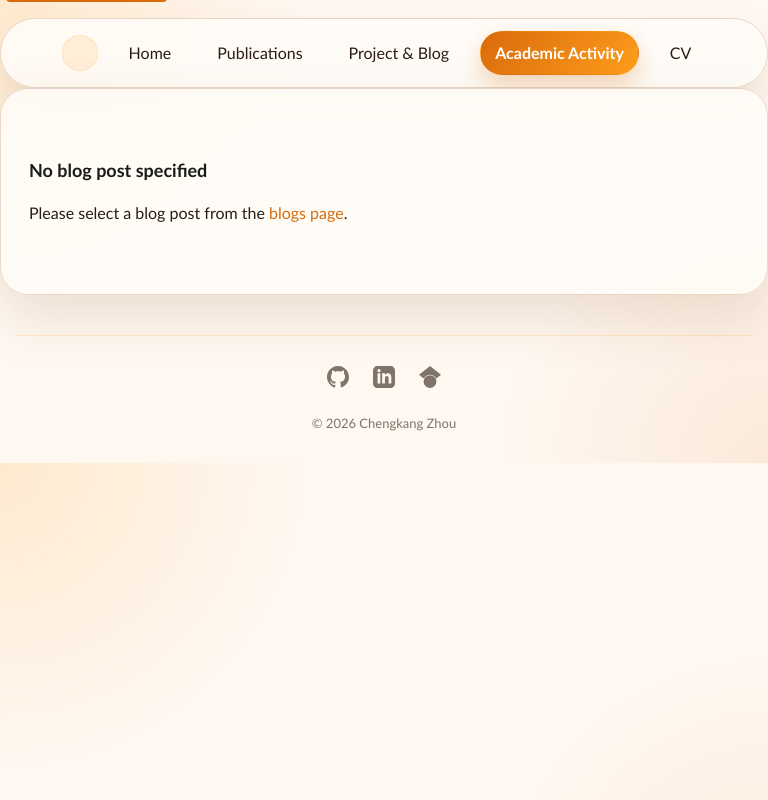
Repository: argyibug/zhouchk
Page: blog-post.html
An editor plug-in stored every save of this project. The page is shown before and after the next save, followed by the edit.
The browser window is 768 px wide. The pictures show the whole page.

Above is the page before, as saved 2026-06-02 09:48:20.

### blog-post.html
<!DOCTYPE HTML>
<html lang="en">

<head>
  <meta http-equiv="Content-Type" content="text/html; charset=UTF-8">
  <title>Blog Post - Chengkang Zhou</title>
  <meta name="author" content="Chengkang Zhou">
  <meta name="viewport" content="width=device-width, initial-scale=1">
  <meta name="description" content="Blog post by Chengkang Zhou.">
  <meta name="robots" content="index, follow">

  <meta property="og:title" content="Blog Post - Chengkang Zhou">
  <meta property="og:description" content="Blog post by Chengkang Zhou.">
  <meta property="og:image" content="https://argyibug.github.io/zhouchk/figures/me.jpg">
  <meta property="og:type" content="article">

  <meta name="twitter:card" content="summary">
  <meta name="twitter:title" content="Blog Post - Chengkang Zhou">
  <meta name="twitter:description" content="Blog post by Chengkang Zhou.">
  <meta name="twitter:image" content="https://argyibug.github.io/zhouchk/figures/me.jpg">

  <link rel="stylesheet" type="text/css" href="stylesheet.css">
  <link rel="stylesheet" type="text/css" href="shared-styles.css">
  <link rel="stylesheet" type="text/css" href="blog-styles.css">
  <link rel="icon" type="image/png" href="figures/logo.png">

  <style>
    .loading, .error {
      text-align: left;
      padding: 20px 0;
      color: #6b7280;
    }

    .error h2 {
      color: #1a1a1a;
      font-size: 18px;
      margin-bottom: 8px;
    }

    [data-theme="dark"] .error h2 { color: var(--text-color); }

    .post-content pre code {
      background: none;
      padding: 0;
    }

  </style>
</head>

<body>
  <div id="site-nav"></div>

  <main id="main-content" class="main-content-wrapper page-shell">
    <div class="post-container">
      <div id="post-content">
        <div class="loading">Loading blog post...</div>
      </div>
    </div>
  </main>

  <div id="site-footer"></div>

  <!-- Load JavaScript files -->
  <script src="site-shell.js"></script>
  <script src="utils.js"></script>
  <script src="vendor/marked.umd.js"></script>
  <script src="blog-data.js"></script>
  <script src="blog-manager.js"></script>
  <script>
    // Initialize blog post page when it loads
    document.addEventListener('DOMContentLoaded', async function() {
      try {
        // Get post ID from URL parameters
        const urlParams = new URLSearchParams(window.location.search);
        const postId = urlParams.get('id');

        if (!postId) {
          showError('No blog post specified', 'Please select a blog post from the <a href="blogs.html">blogs page</a>.');
          return;
        }

        // Load blog posts and find the requested post
        await blogManager.loadPosts();
        const post = blogManager.posts.find(p => p.id === postId);

        if (!post) {
          showError('Blog post not found', `The blog post "${postId}" could not be found. <a href="blogs.html">Return to blogs</a>.`);
          return;
        }

        // Render the post
        renderBlogPost(post);

        // Update page title
        document.title = `${post.title} - Chengkang Zhou`;

        // Update meta description
        const metaDesc = document.querySelector('meta[name="description"]');
        if (metaDesc) {
          metaDesc.content = post.excerpt;
        }

      } catch (error) {
        console.error('Error loading blog post:', error);
        showError('Error loading blog post', 'There was an error loading the blog post. <a href="blogs.html">Return to blogs</a>.');
      }

      // Initialize dark mode toggle (uses utils.js with sun/moon icons)
      initializeDarkMode();

      // Initialize back to top button
      initializeBackToTop();
    });

    /**
     * Render a blog post
     */
    function renderBlogPost(post) {
      const formattedDate = blogManager.formatDate(post.date);
      const tags = Array.isArray(post.tags) ?
        post.tags.map(tag => `<span class="tag">${tag}</span>`).join('') : '';

      const postHtml = `
        <a href="blogs.html" class="back-link">← Back to Blogs</a>
        <header class="post-header">
          <h1 class="post-title">${post.title}</h1>
          <div class="post-meta">
            <span>${formattedDate}</span>
            <span>by ${post.author}</span>
            <span>${post.readTime} min read</span>
          </div>
          ${tags ? `<div class="post-tags">${tags}</div>` : ''}
        </header>
        <div class="post-content">
          ${post.htmlContent || '<p>Content not available.</p>'}
        </div>
      `;

      document.getElementById('post-content').innerHTML = postHtml;
    }

    /**
     * Show error message
     */
    function showError(title, message) {
      const errorHtml = `
        <div class="error">
          <h2>${title}</h2>
          <p>${message}</p>
        </div>
      `;
      document.getElementById('post-content').innerHTML = errorHtml;
    }

    // Dark mode functions are loaded from utils.js
  </script>
</body>

</html>

### shared-styles.css
/**
 * Shared Styles for All Pages
 * Contains navigation, layout, and common component styles
 */

/* Navigation Styles */
.page-shell {
  max-width: 820px;
  margin: 0 auto;
  padding: 32px 24px 48px;
  background: var(--surface-bg);
  border: 1px solid var(--border-color);
  border-radius: 28px;
  box-shadow: 0 22px 56px var(--shadow-color);
  backdrop-filter: blur(10px);
}

.page-shell-footer {
  max-width: 820px;
  margin: 0 auto;
  padding: 0 24px;
}

.page-shell-footer-wide {
  max-width: 1200px;
  padding: 0 20px;
}

.nav-buttons {
  display: flex;
  justify-content: flex-end;
  align-items: center;
  gap: 18px;
  padding: 20px 35px;
  flex-wrap: wrap;
  margin: 18px auto 0;
  max-width: 1120px;
  border: 1px solid var(--border-color);
  border-radius: 999px;
  background: rgba(255, 253, 249, 0.82);
  box-shadow: 0 14px 32px rgba(122, 66, 11, 0.10);
  backdrop-filter: blur(10px);
}

.nav-button {
  display: inline-block;
  padding: 8px 16px;
  background-color: transparent;
  color: var(--text-color);
  font-weight: 500;
  font-size: 14px;
  transition: all 0.25s ease;
  text-align: center;
  border: 1px solid transparent;
  border-radius: 999px;
}

.nav-button:hover {
  color: var(--primary-color);
  background-color: var(--hover-bg);
  border-color: rgba(255, 159, 28, 0.24);
  transform: translateY(-1px);
}

/* Theme Toggle Button - Sun/Moon Icons */
.theme-toggle {
  background: var(--hover-bg);
  border: 1px solid rgba(255, 159, 28, 0.18);
  border-radius: 999px;
  width: 36px;
  height: 36px;
  cursor: pointer;
  display: flex;
  align-items: center;
  justify-content: center;
  transition: all 0.2s ease;
  color: var(--primary-color);
  padding: 6px;
}

.theme-toggle:hover {
  background-color: rgba(255, 159, 28, 0.18);
  color: var(--secondary-color);
  transform: translateY(-1px);
}

.theme-toggle:focus {
  outline: 2px solid var(--primary-color);
  outline-offset: 2px;
}

.theme-toggle svg {
  width: 20px;
  height: 20px;
}

/* Navigation Active State */
.nav-button[aria-current="page"] {
  color: #ffffff;
  font-weight: 600;
  background: linear-gradient(135deg, var(--primary-color), var(--secondary-color));
  border-color: transparent;
  box-shadow: 0 10px 24px rgba(217, 106, 11, 0.28);
}

/* Main Content Layout - Only applies to pages without specific overrides */

/* List Spacing */
.section-spacing ul,
.section-spacing ul.publication-list,
td ul {
  margin-top: 0px !important;
  margin-bottom: 0px !important;
}

.section-spacing li,
.section-spacing ul li,
td li,
td ul li,
li {
  margin-bottom: 8px !important;
  margin-top: 0px !important;
  padding-bottom: 0px !important;
  padding-top: 0px !important;
}

.publication-list li,
ul.publication-list li {
  margin-bottom: 12px !important;
  margin-top: 0px !important;
  padding-bottom: 0px !important;
  padding-top: 0px !important;
}

li p {
  margin: 0px !important;
  padding: 0px !important;
}

/* Publication Styles - Consistent indentation */
.publication-list {
  list-style-type: none !important;
  padding-left: 0 !important;
  margin: 0 0 20px 0 !important;
}

/* Ensure all lists have consistent indentation */
ul, ol {
  list-style-type: none !important;
  padding-left: 0 !important;
  margin: 0 0 20px 0 !important;
}

/* Override any specific list variations */
#projects-list, #research-experience-list, #academic-services-list, #teaching-list, #honors-list {
  list-style-type: none !important;
  padding-left: 0 !important;
  margin: 0 0 20px 0 !important;
}

/* Ensure all content inside main-content-wrapper is properly aligned */
.main-content-wrapper > * {
  box-sizing: border-box;
}

.publication-list li {
  margin-bottom: 16px;
}

.papertitle {
  margin-bottom: 6px;
}

.new-badge {
  color: #6b7280;
  font-size: 12px;
  font-weight: 600;
  letter-spacing: 0.04em;
  text-transform: uppercase;
  margin-right: 8px;
}

[data-theme="dark"] .new-badge {
  color: #9ca3af;
}

.paper_rest {
  margin-bottom: 6px;
}

.paper_rest b,
.paper_rest strong {
  color: var(--secondary-color);
  font-weight: 800;
  font-size: 1.06em;
}

.paper-venue {
  color: #9ca3af;
}

[data-theme="dark"] .paper-venue {
  color: #888;
}

.paper-links {
  font-size: 16px;
}

.paper-links a {
  color: var(--primary-color);
  font-weight: 400;
  transition: color 0.2s ease;
}

.paper-links a:hover,
.paper-links a:focus-visible {
  color: var(--secondary-color);
  outline: none;
}

.paper-links a:focus {
  outline: none;
}

.detail-container,
.abstract-container,
.citation-container {
  margin-top: 12px;
}

.abstract-toggle,
.citation-toggle {
  display: inline;
  padding: 0;
  margin: 0;
  font-size: 16px;
  font-family: inherit;
  font-weight: 400;
  color: var(--primary-color);
  background: none;
  border: none;
  cursor: pointer;
  text-decoration: none;
  transition: color 0.2s ease;
}

.abstract-toggle:hover,
.abstract-toggle:focus-visible,
.citation-toggle:hover,
.citation-toggle:focus-visible {
  color: var(--secondary-color);
}

.abstract-toggle:focus,
.citation-toggle:focus {
  outline: none;
}

.abstract-toggle[aria-expanded="true"],
.citation-toggle[aria-expanded="true"] {
  color: var(--secondary-color);
}

.detail-content {
  margin-top: 10px;
  padding: 0;
  border: none;
  background: transparent;
  box-shadow: none;
  line-height: 1.6;
  font-size: 16px;
}

.abstract-content {
  text-align: justify;
  text-justify: inter-word;
}

.detail-content p {
  margin: 0 0 10px 0;
}

.detail-content p:last-child {
  margin-bottom: 0;
}

.detail-content pre {
  margin: 0;
  padding: 12px 14px;
  background-color: var(--section-bg);
  border: 1px solid var(--border-color);
  border-radius: 6px;
  font-size: 13px;
  overflow: auto;
}

/* Page Title Styles */
.page-title {
  text-align: left;
  font-size: 24px;
  font-weight: 700;
  margin-bottom: 24px;
  color: #1a1a1a;
}

/* Responsive Design */
@media screen and (max-width: 1315px) {
  .nav-buttons {
    justify-content: center;
    gap: 12px 16px;
    padding: 12px 16px;
  }

  .nav-button {
    display: inline-flex;
    align-items: center;
    justify-content: center;
    padding: 8px 14px;
    font-size: 16px;
  }

  .theme-toggle {
    order: -1; /* Move theme toggle to the left */
  }

  .main-content-wrapper:not(.page-shell) {
    padding: 0 15px;
  }
}

@media screen and (max-width: 768px) {
  .page-shell {
    padding: 24px 16px 40px;
  }

  .page-shell-footer {
    padding: 0 16px;
  }

  .page-shell-footer-wide {
    padding: 0 10px;
  }
}

@media screen and (max-width: 600px) {
  .theme-toggle {
    width: 32px;
    height: 32px;
  }

  .theme-toggle svg {
    width: 18px;
    height: 18px;
  }
}

/* Back to Top Button */
.back-to-top {
  position: fixed;
  bottom: 30px;
  right: 30px;
  width: 44px;
  height: 44px;
  background: linear-gradient(135deg, var(--primary-color), var(--secondary-color));
  color: white;
  border: none;
  border-radius: 50%;
  cursor: pointer;
  display: flex;
  align-items: center;
  justify-content: center;
  opacity: 0;
  visibility: hidden;
  transition: all 0.3s ease;
  box-shadow: 0 12px 24px rgba(122, 66, 11, 0.22);
  z-index: 999;
}

.back-to-top.visible {
  opacity: 1;
  visibility: visible;
}

.back-to-top:hover {
  background: linear-gradient(135deg, var(--secondary-color), var(--primary-color));
  transform: translateY(-3px);
  box-shadow: 0 16px 28px rgba(122, 66, 11, 0.28);
}

.back-to-top svg {
  width: 20px;
  height: 20px;
}

/* Enhanced Footer - Refined styling with subtle hover effects */
.site-footer {
  border-top: 1px solid rgba(255, 159, 28, 0.18);
  margin-top: 40px;
  padding: 30px 20px;
  text-align: center;
}

.footer-social {
  display: flex;
  justify-content: center;
  gap: 24px;
  margin-bottom: 18px;
}

.footer-social a {
  color: var(--text-color);
  opacity: 0.6;
  transition: all 0.3s ease;
}

.footer-social a:hover {
  color: var(--secondary-color);
  opacity: 1;
  transform: translateY(-2px);
}

.footer-social svg {
  width: 22px;
  height: 22px;
}

.footer-copyright {
  font-size: 13px;
  color: var(--text-color);
  opacity: 0.6;
  margin: 0;
}

@media screen and (max-width: 600px) {
  .back-to-top {
    bottom: 20px;
    right: 20px;
    width: 40px;
    height: 40px;
  }

  .footer-social {
    gap: 15px;
  }

  .footer-social svg {
    width: 20px;
    height: 20px;
  }
}

### blog-styles.css
/**
 * Blog-Specific Styles
 * Minimalist academic design, consistent with site
 */

/* Blog Post Container */
.post-container {
  max-width: 820px;
  margin: 0 auto;
  padding: 0;
}

/* Blog Post Header */
.post-header {
  text-align: left;
  margin-bottom: 28px;
  padding-bottom: 0;
  border-bottom: none;
}

.post-title {
  font-size: 24px;
  font-weight: 700;
  color: #1a1a1a;
  margin-bottom: 8px;
}

[data-theme="dark"] .post-title { color: var(--text-color); }

.post-meta {
  color: #6b7280;
  font-size: 13px;
  margin-bottom: 8px;
  display: flex;
  gap: 12px;
  flex-wrap: wrap;
}

.post-tags {
  margin-top: 4px;
}

.tag {
  display: inline-block;
  background: #f3f4f6;
  color: #374151;
  padding: 2px 8px;
  font-size: 12px;
  margin: 0 4px 0 0;
  border: 1px solid #e5e7eb;
}

[data-theme="dark"] .tag {
  background: #2a2a2a;
  color: var(--text-color);
  border-color: #374151;
}

/* Blog Post Content */
.post-content {
  font-size: 16px;
  line-height: 1.7;
  color: #374151;
}

[data-theme="dark"] .post-content { color: var(--text-color); }

.post-content h1 {
  font-size: 22px;
  color: #1a1a1a;
  margin-top: 0;
  margin-bottom: 16px;
  border-bottom: 1px solid #e5e7eb;
  padding-bottom: 8px;
  font-weight: 600;
  line-height: 1.3;
}

.post-content h2 {
  font-size: 18px;
  color: #1a1a1a;
  margin-top: 32px;
  margin-bottom: 12px;
  font-weight: 600;
  line-height: 1.3;
}

.post-content h3 {
  font-size: 16px;
  color: #1a1a1a;
  margin-top: 24px;
  margin-bottom: 8px;
  font-weight: 600;
  line-height: 1.3;
}

[data-theme="dark"] .post-content h1,
[data-theme="dark"] .post-content h2,
[data-theme="dark"] .post-content h3 { color: var(--text-color); }
[data-theme="dark"] .post-content h1 { border-bottom-color: #374151; }

.post-content p {
  margin-bottom: 12px;
}

.post-content ul,
.post-content ol {
  margin-bottom: 12px;
  padding-left: 20px;
}

.post-content li {
  margin-bottom: 4px;
}

.post-content code {
  background: #f3f4f6;
  padding: 1px 4px;
  font-family: 'SF Mono', 'Monaco', 'Menlo', 'Consolas', monospace;
  font-size: 13px;
}

[data-theme="dark"] .post-content code {
  background: #2a2a2a;
  color: #e5e7eb;
}

.post-content pre {
  background: #f9fafb;
  padding: 12px 16px;
  overflow-x: auto;
  margin: 12px 0;
  border: 1px solid #e5e7eb;
}

[data-theme="dark"] .post-content pre {
  background: #1e1e1e;
  border-color: #374151;
}

/* Blog Navigation */
.back-link {
  display: inline-block;
  margin-bottom: 20px;
  color: #6b7280;
  text-decoration: none;
  font-size: 14px;
}

.back-link:hover {
  color: #1a1a1a;
}

[data-theme="dark"] .back-link { color: #888; }
[data-theme="dark"] .back-link:hover { color: var(--text-color); }

/* Blog List Styles */
.blog-post {
  margin-bottom: 12px;
  padding-bottom: 0;
  border-bottom: none;
}

.blog-title {
  color: #1a1a1a;
  font-size: 16px;
  font-weight: 600;
  margin-bottom: 2px;
}

[data-theme="dark"] .blog-title { color: var(--text-color); }

.blog-meta {
  color: #6b7280;
  font-size: 13px;
  margin-bottom: 4px;
}

.blog-meta span {
  margin-right: 10px;
}

.blog-tags {
  margin-bottom: 4px;
  color: #6b7280;
  font-size: 13px;
}

.blog-excerpt {
  margin-bottom: 4px;
  font-size: 14px;
  color: #374151;
}

[data-theme="dark"] .blog-excerpt { color: var(--text-color); }

.read-more {
  color: var(--primary-color);
  font-size: 13px;
  font-weight: 500;
  text-decoration: none;
}

.read-more:hover {
  color: var(--secondary-color);
}

/* Coming Soon Message */
.coming-soon {
  text-align: left;
  padding: 20px 0;
  color: #6b7280;
}

.coming-soon h2 {
  color: #1a1a1a;
  font-size: 18px;
  margin-bottom: 8px;
}

[data-theme="dark"] .coming-soon { color: #888; }
[data-theme="dark"] .coming-soon h2 { color: var(--text-color); }

/* Responsive Design */
@media screen and (max-width: 768px) {
  .post-content h1 {
    font-size: 20px;
  }

  .post-content h2 {
    font-size: 16px;
  }

  .post-content h3 {
    font-size: 16px;
  }
}

Loaded but not shown: vendor/marked.umd.js (library); site-shell.js (188 lines, source omitted); blog-manager.js (176 lines, source omitted); utils.js (95 lines, source omitted); blog-data.js (30 lines, source omitted); stylesheet.css (395 lines, source omitted)

After the next save:
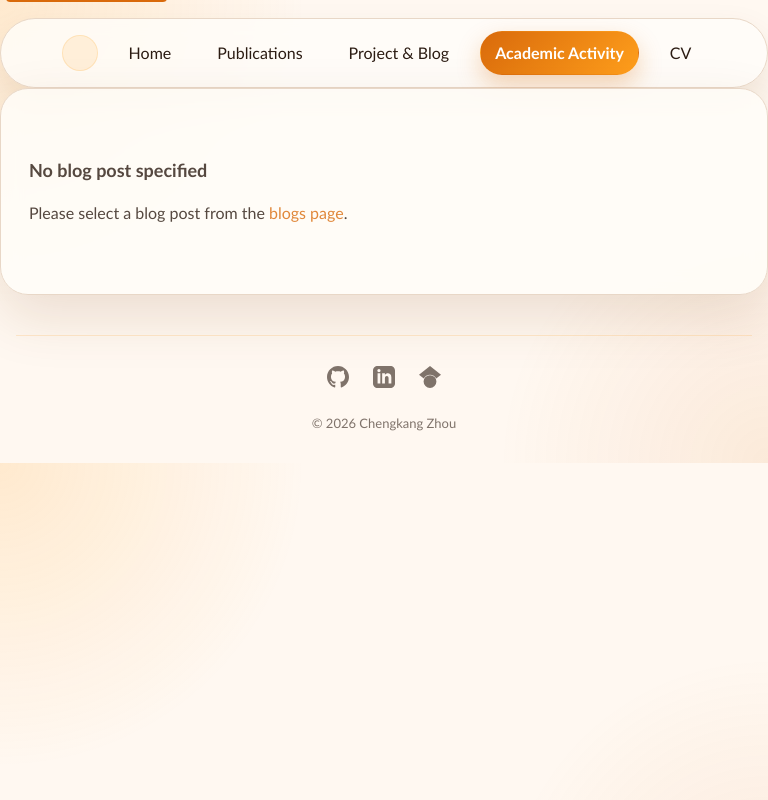
Saved 6 s later.
--- a/blog-post.html
+++ b/blog-post.html
@@ -28,11 +28,12 @@
     .loading, .error {
       text-align: left;
       padding: 20px 0;
-      color: #6b7280;
+      color: var(--text-color);
+      opacity: 0.8;
     }
 
     .error h2 {
-      color: #1a1a1a;
+      color: var(--text-color);
       font-size: 18px;
       margin-bottom: 8px;
     }
